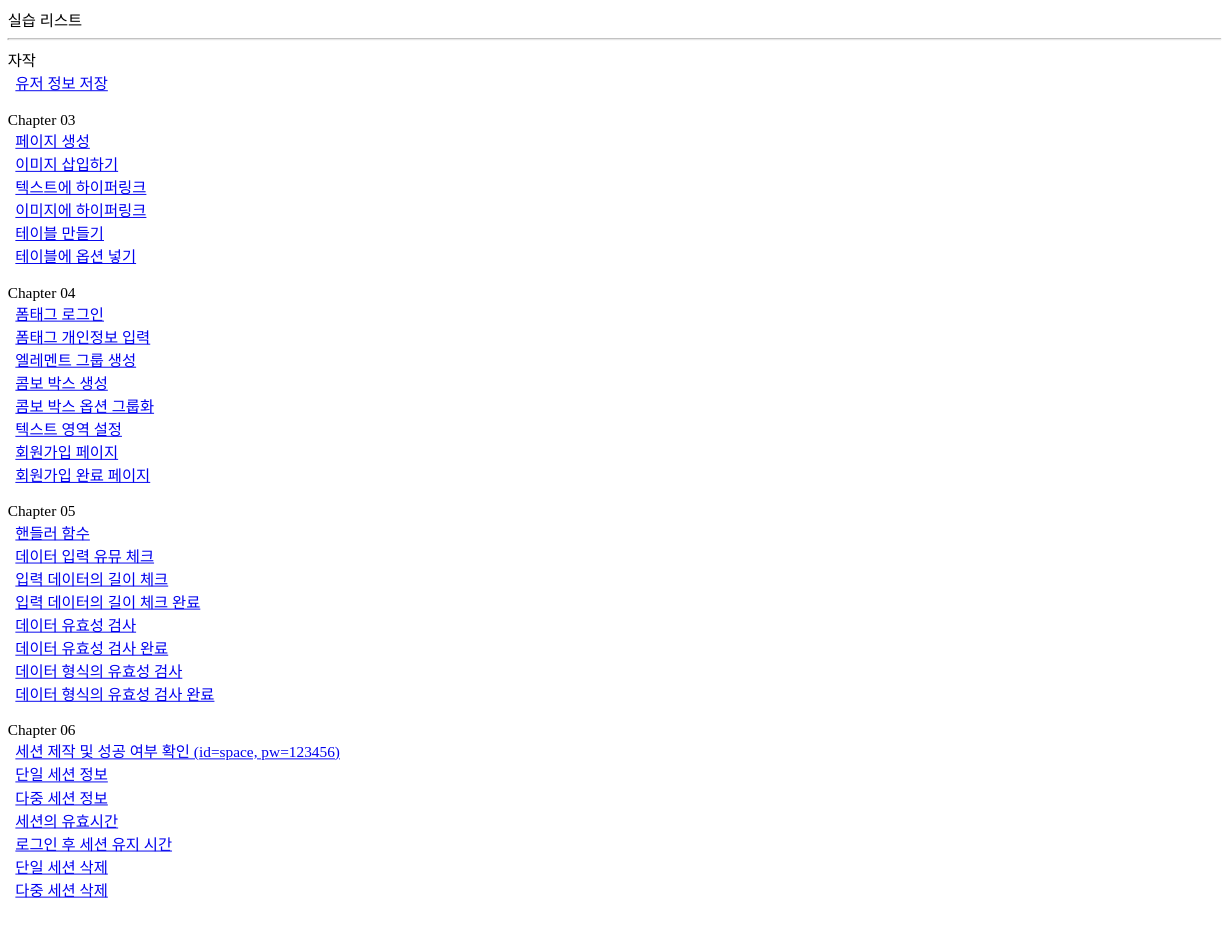
Repository: dhc518/WebProgramming_2023
Page: http://localhost/JSPStudy/List.jsp
An editor plug-in stored every save of this project. The page is shown before and after the next save, followed by the edit.
The browser window is 1280 px wide. The pictures show the whole page, at 96% of full size.
The page is served by Tomcat 9.

Above is the page before, as saved 2023-04-07 06:27:40.

After the next save:
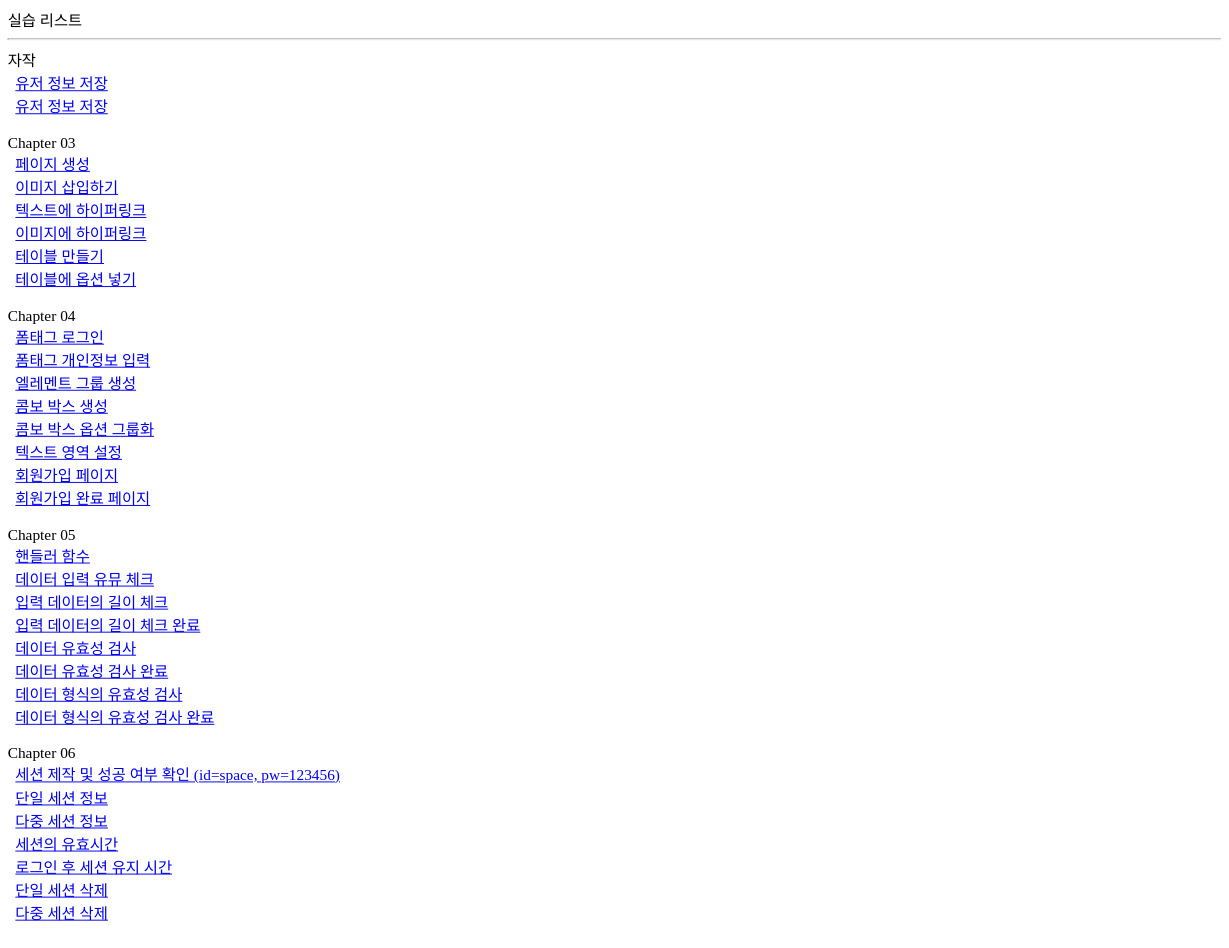
Saved 29 s later.
--- a/Project/JSPStudy/src/main/webapp/List.jsp
+++ b/Project/JSPStudy/src/main/webapp/List.jsp
@@ -10,7 +10,9 @@
 	실습 리스트
 	<hr>
 	자작
-		<br>&nbsp;	<a href="self/write_user.jsp" target="_blank">
+		<br>&nbsp;	<a href="self/userlist.jsp" target="_blank">
+		유저 정보 저장</a>
+		<br>&nbsp;	<a href="self/load.jsp" target="_blank">
 		유저 정보 저장</a>
 		<br><br>
 	Chapter 03
